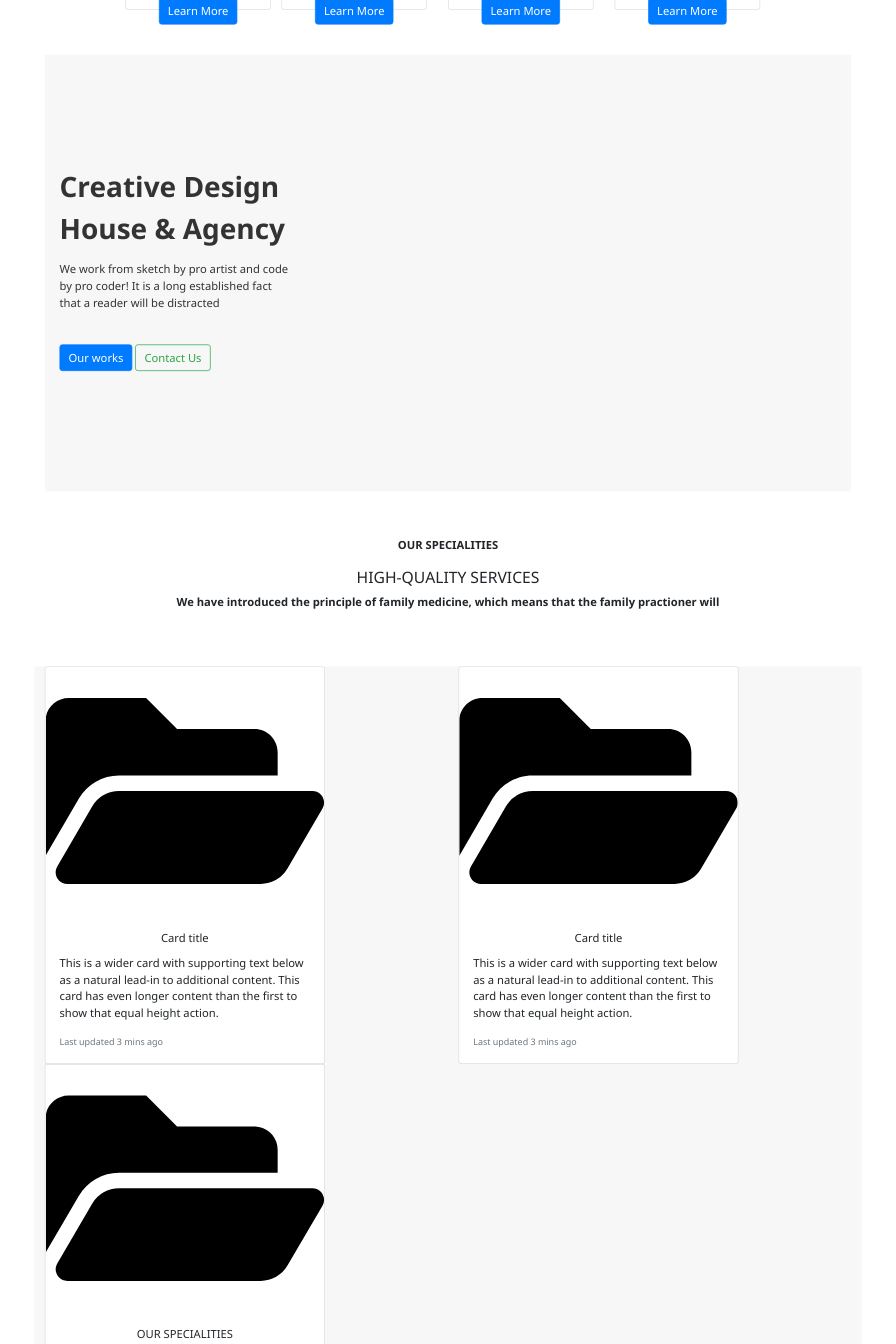
Repository: stephenkayade/Tarm
Page: index.html
The author's editor kept a copy of each file at every save. The page is drawn from the files as they stood at one save, then again after the next save.
The browser window is 1280 px wide. The pictures show the part of the page from y = 930 to 2850 px (the page is 4157 px tall before and 5267 px after), at 70% of full size.

Above is the page before, as saved 2020-05-07 16:07:18.

After the next save:
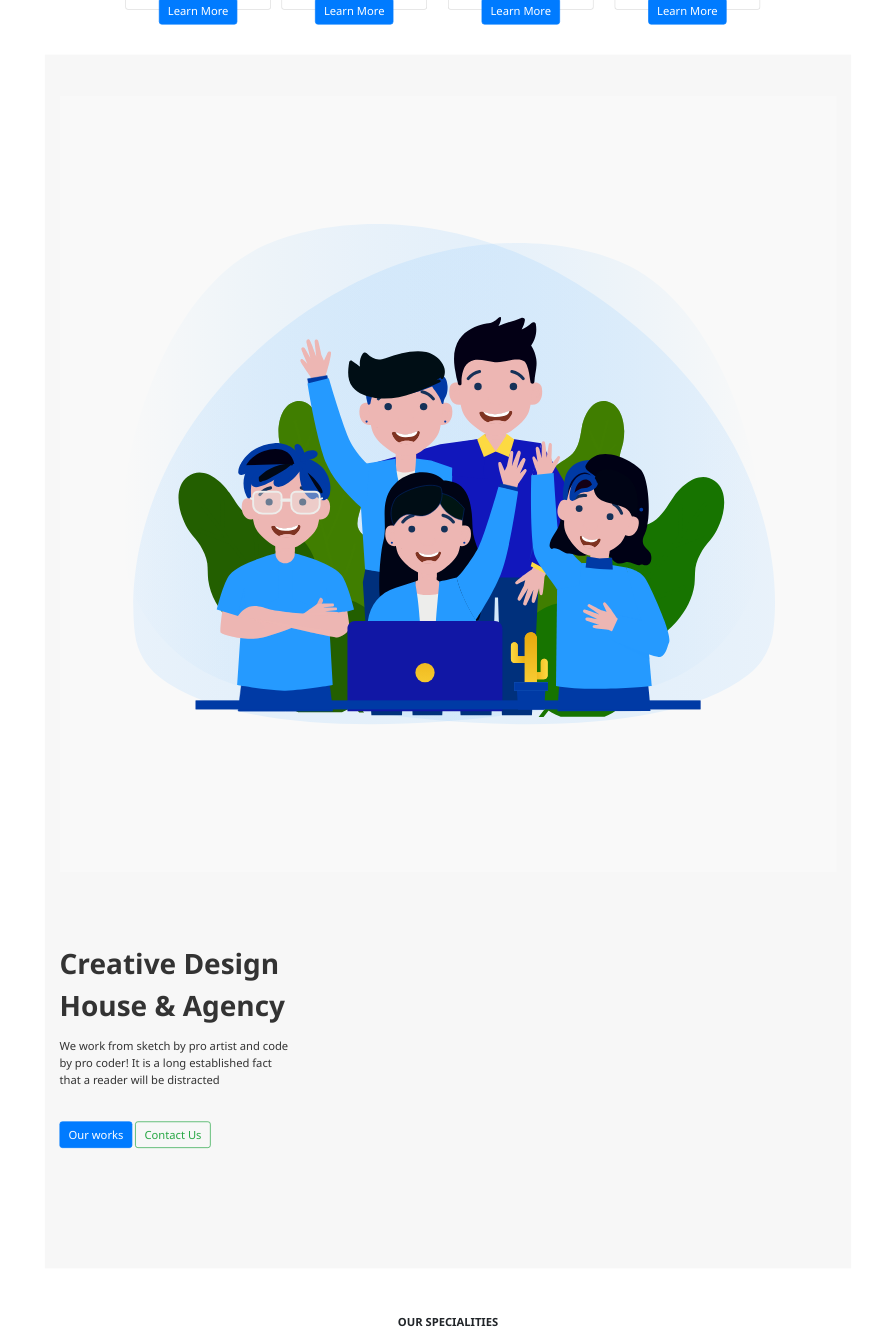
Saved 10 min 13 s later.
--- a/index.html
+++ b/index.html
@@ -130,7 +130,7 @@
     <section id="CEO">
         <div class="container">
             <div class="about-us">
-
+                <img src="./img/team.svg" alt="">
             </div>
             <div class="row">
                 <div class="col-md-6">
